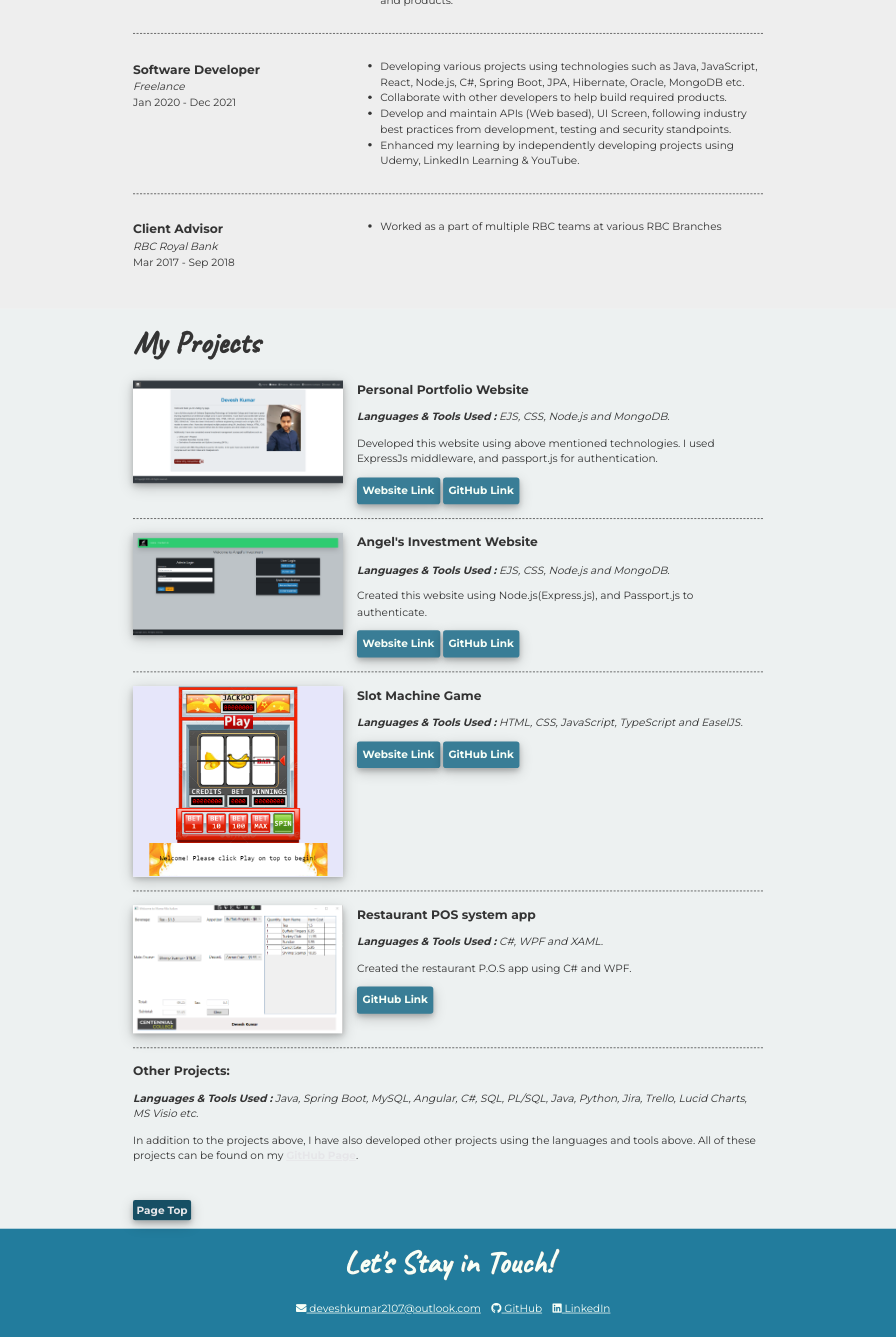
Repository: My-Web-Page/MyWebPage
Page: index.html
These files come from the project's save history. The page is drawn as it stood at one moment and after the next save; the edit follows.
The browser window is 1280 px wide. The pictures show the part of the page from y = 2375 to 4295 px (the page is 4286 px tall before and 4295 px after), at 70% of full size.
Some web libraries are served in a nearby version.

Above is the page before, as saved 2023-04-11 13:56:32.

### index.html
<!DOCTYPE html>
<html lang="en">

<head>
    <meta charset="UTF-8">
    <meta name="viewport" content="width=device-width, initial-scale=1.0">
    <link href="./assets/images/favicon.ico" rel="icon" type="image/x-icon" />

    <title> Devesh Kumar : Full-Stack Developer</title>
    <link rel="preconnect" href="https://fonts.gstatic.com">
    <link href="https://fonts.googleapis.com/css2?family=Caveat&family=Montserrat:wght@400;700&display=swap" rel="stylesheet">
    <link rel="stylesheet" href="https://pro.fontawesome.com/releases/v5.10.0/css/all.css" integrity="sha384-AYmEC3Yw5cVb3ZcuHtOA93w35dYTsvhLPVnYs9eStHfGJvOvKxVfELGroGkvsg+p" crossorigin="anonymous" />

    <link rel="stylesheet" href="style.css">
</head>

<body>
    <main>
        <!-- ***********************  ABOUT / PROFILE  *********************** -->
        <header>
            <div class="container">
                <h1>Devesh Kumar</h1>
                <h2>Software Developer</h2>
            </div>
        </header>

        <nav id="navbar">
            <ul class="nav-ul">
                <li>
                    <a href="#about-me"><i class="fas fa-info-circle"></i>About Me</a> </li>
                <li>
                    <a href="#projects"><i class="fab fa-elementor"></i>Projects</a></li>
                <li>
                    <a href="#education"><i class="fas fa-graduation-cap"></i>Education</a></li>
                <li>
                    <a href="#work-experience"><i class="fas fa-briefcase"></i>Work Experience</a></li>
                <li>
                    <a href="#contact"><i class="fas fa-mobile-alt"></i>Contact Me</a></li>
            </ul>
        </nav>

        <!-- *********************About Me***********************  -->
        <section id="about-me">
            <div class="container">
                <h2>About Me</h2>
                <p>Hello & Welcome! I am an experienced Software-Developer with over 3 years of software development experience. Graduate of Software Engineering Technician program from Centennial College. I have worked with various programming languages
                    and tools. Given below are the details: </p>
                <div class="grid-container">
                    <div class="grid-item">
                        <h3>Languages & tools</h3>
                        <p> Java, Spring Boot, Maven, Junit, OracleSQL, MyBatis, JavaScript, React, Linux, Data Structures, MVC, Git, Jira, Agile, GitKraken, BitBucket, IntelliJ, VS Code</p>
                    </div>

                    <div class="grid-item">
                        <h3>Familiar / also work with</h3>
                        <p>Camunda, C#, HTML/CSS, Bootstrap, Angular, Node.js, MongoDB, Shell Scripting, UML</p>
                    </div>
                </div>
                <p>I have also developed grasp over software engineering concepts such as Agile, SDLC models, Agile Project Management Concepts. I have also developed multiple projects using Java, Spring Boot, JavaScript, React, Node.js, HTML, CSS, C#, OracleSQL,
                    MySql, MyBatis, MongoDB and other tools. Additionally, I have also completed some investment management courses/certifications in the past and grown my knowledge in the sector.</p>

            </div>
        </section>

        <!-- *********************Pop-Ups***********************  -->
        <section class="popup-wrapper" id="popup">
            <div class="container">
                <p><button class="popup-close">Close</button></p>
                <img id="popup-img" alt="finalproject popup">
            </div>
        </section>


        <!-- ******************  EDUCATION & CERTIFICATIONS ****************** -->
        <section id="education" class="education">
            <div class="container item-details">

                <h2>Education</h2>

                <section>
                    <h3>Software Engineering Technician Diploma</h3>
                    <p>Centennial College, Toronto ON, 2020-2021</p>
                    <p>4 semesters full-time software engineering diploma program </p>
                </section>

                <section>
                    <h3>Java Full-Stack Developer Bootcamp, Stackroute NIIT</h3>
                    <p>Jan 2021 - Apr 2022</p>
                    <p>Java, Spring Boot, Angular, MySQL</p>
                </section>

                <br>
                <h2>Certifications</h2>
                <section>
                    <h3>Modern JavaScript (Complete guide, from Novice to Ninja)</h3>
                    <p>Udemy May 2021 : The Net Ninja (Shaun Pelling)</p>
                </section>
                <section>
                    <h3>JavaScript: Understanding the Weird Parts</h3>
                    <p>Udemy June 2021 : Anthony Alicea</p>
                </section>
                <section>
                    <h3>Modern React with Redux</h3>
                    <p>Udemy July 2021 : Stephen Grider</p>
                </section>
                <section>
                    <h3>React, NodeJS, Express & MongoDB - The MERN Fullstack Guide</h3>
                    <p>Udemy Aug 2021 : Academind by Maximilian Schwarzmüller</p>
                </section>
                <section>
                    <h3>Data Structures/Algorithms, Git & GitHub essentials, C# Essencials, HTML and CSS Essentials</h3>
                    <p>LinkedIn Learning, May 2021 - Sep 2021 </p>
                </section>
                <section>
                    <h3>Chartered Financial Analyst – CFA Level 1 Passed</h3>
                    <p>CFA Institute, 2018</p>
                </section>
                <br>
                <section class="csc">
                    <h3>Canadian Securities Course (CSC) &</h3>
                    <h3>Derivatives Fundamentals and Options Licensing (DFOL)</h3>
                    <p>Canadian Securities Institute, 2017-2019 </p>
                </section>
            </div>
        </section>

        <!-- ***********************  WORK EXPERIENCE  *********************** -->
        <section id="work-experience" class="work-experience">
            <div class="container item-details divider">
                <h2>Work Experience</h2>

                <!-- Job 1 -->
                <section class="job-item">
                    <div class="job-details">
                        <h3>Full-Stack Developer</h3>
                        <p>CGI. Inc</p>
                        <p>Jan 2021 - Present</p>
                    </div>
                    <div class="job-summary">
                        <ul>
                            <li>Development and testing using Spring and Spring Boot frameworks along with MyBatis as Java persistence framework and Oracle as database.</li>
                            <li>Supporting other developers in the team and participating in Agile activities like Daily Stand up, Sprint Retrospective etc.</li>
                            <li>Ensuring code reviews and unit testing are completed efficiently and effectively.</li>
                            <li>Develop and maintain APIs (Web based and batch jobs), UI Screen, following industry best practices from development, testing and security standpoints.</li>
                            <li>Understand process and procedures as necessary to support all aspects of project maintenance and development.</li>
                            <li>Collaborate with other tech teams to help build the required services and products.</li>
                        </ul>
                    </div>
                </section>

                <!-- Job 2 -->
                <section class="job-item">
                    <div class="job-details">
                        <h3>Software Developer</h3>
                        <p>Freelance</p>
                        <p>Jan 2020 - Dec 2021</p>
                    </div>
                    <div class="job-summary">
                        <ul>
                            <li>Developing various projects using technologies such as Java, JavaScript, React, Node.js, C#, Spring Boot, JPA, Hibernate, Oracle, MongoDB etc. </li>
                            <li>Collaborate with other developers to help build required products.</li>
                            <li>Develop and maintain APIs (Web based), UI Screen, following industry best practices from development, testing and security standpoints.</li>
                            <li>Enhanced my learning by independently developing projects using Udemy, LinkedIn Learning & YouTube.</li>
                        </ul>

                    </div>
                </section>

                <!-- Job 3 -->
                <section class="job-item">
                    <div class="job-details">
                        <h3>Client Advisor</h3>
                        <p>RBC Royal Bank</p>
                        <p>Mar 2017 - Sep 2018</p>
                    </div>
                    <div class="job-summary">
                        <ul>
                            <li>Worked as a part of multiple RBC teams at various RBC Branches</li>
                        </ul>

                    </div>
                </section>


            </div>
        </section>

        <!-- ********************  PROJECTS / PORTFOLIO  ********************* -->
        <section id="projects" class="projects">
            <div class="container divider">
                <h2>My Projects</h2>
                <!-- Project 1 -->
                <section class="project-item clearfix">
                    <img class="project-image" src="./assets/images/assignment_2.png" alt="Portfolio Assignment Using Node.js, Bootstrap, EJS and MongoDB">
                    <h3>Personal Portfolio Website</h3>
                    <p> <strong>Languages & Tools Used :</strong> EJS, CSS, Node.js and MongoDB.</p>
                    <p>Developed this website using above mentioned technologies. I used ExpressJs middleware, and passport.js for authentication.</p>
                    <a class="btn" href="https://comp229-asnmt2.herokuapp.com/home" target="_blank">Website Link</a>
                    <a class="btn" href="https://github.com/portretrieve/Assignment_2" target="_blank">GitHub Link</a>
                </section>

                <!-- Project 2 -->
                <section class="project-item clearfix">
                    <img class="project-image" src="./assets/images/final_project.png" alt="Final Project Using Node.js, Bootstrap, EJS and MongoDB">
                    <h3>Angel's Investment Website</h3>
                    <p> <strong>Languages & Tools Used :</strong> EJS, CSS, Node.js and MongoDB.</p>
                    <p>Created this website using Node.js(Express.js), and Passport.js to authenticate.</p>
                    <a class="btn" href="https://angelinvestfinal.herokuapp.com/" target="_blank">Website Link</a>
                    <a class="btn" href="https://github.com/Angel-Investor/AngelInvestor-Web-App" target="_blank">GitHub Link</a>
                </section>

                <!-- Project 3 -->
                <section class="project-item clearfix">
                    <img class="project-image" src="./assets/images/slot-machine.png" alt="Casino slot machine game using HTML, CSS, JavaScript, TypeScript and EaselJS">
                    <h3>Slot Machine Game</h3>
                    <p> <strong>Languages & Tools Used :</strong> HTML, CSS, JavaScript, TypeScript and EaselJS.</p>
                    <a class="btn" href="https://portretrieve.github.io/COMP125-Assignment-4-CreateJS-Slot-Machine/" target="_blank">Website Link</a>
                    <a class="btn" href="https://github.com/portretrieve/COMP125-Assignment-4-CreateJS-Slot-Machine" target="_blank">GitHub Link</a>
                </section>

                <!-- Project 4 -->
                <section class="project-item clearfix">
                    <img class="project-image" src="./assets/images/restaurant_app.png" alt="Restaurant app using C# WPF MVVM">
                    <h3>Restaurant POS system app</h3>
                    <p> <strong>Languages & Tools Used :</strong> C#, WPF and XAML.</p>
                    <p>Created the restaurant P.O.S app using C# and WPF.</p>
                    <a class="btn" href="https://github.com/portretrieve/Restaurant_app" target="_blank">GitHub Link</a>
                </section>
                <section>
                    <h3>Other Projects: </h3>
                    <p> <strong>Languages & Tools Used :</strong> Java, Spring Boot, MySQL, Angular, C#, SQL, PL/SQL, Java, Python, Jira, Trello, Lucid Charts, MS Visio etc. </p>
                    <p>In addition to the projects above, I have also developed other projects using the languages and tools above. All of these projects can be found on my <span><a href="https://github.com/portretrieve" target="_blank">GitHub Page</a>.</span></p>
                </section>
                <a class="top-btn" href="#top">Page Top</a>
            </div>
        </section>
        <!-- *****************  CONTACT INFO / SOCIAL MEDIA  ***************** -->
        <footer>
            <div id="contact" class="container">
                <h2>Let's Stay in Touch!</h2>
                <!-- Social media and contact links. Add or remove any networks. -->
                <ul class="contact-list">
                    <li><a href="mailto:deveshkumar2107@hotmail.com"><i class="fas fa-envelope"></i>&nbsp;deveshkumar2107@outlook.com</a></li>
                    <li><a href="https://github.com/portretrieve" target="_blank"><i class="fab fa-github"></i>&nbsp;GitHub</a></li>
                    <li><a href="https://www.linkedin.com/in/devesh-kumar-2aa03b64/" target="_blank"><i class="fab fa-linkedin"></i>&nbsp;LinkedIn</a></li>
                </ul>
            </div>
        </footer>
    </main>
    <script src="./script.js"></script>
</body>

</html>

### style.css
    /*
COLOR PALETTE
https://coolors.co/f7fff7-343434-2f3061-ffe66d-a1c6d7
#F7FFF7 - almost white
#343434 - dark gray - almost black
#2F3061 - blue dark
#FFE66D - yellow
#A1C6D7 - blue light
*/
    /* Global styles
------------------------------------*/

    html {
        box-sizing: border-box;
        scroll-behavior: smooth;
        --header-height: 75px;
        scroll-padding-top: var(--header-height);
    }

    *,
    *:before,
    *:after {
        box-sizing: inherit;
    }

    body {
        color: #343434;
        margin: 0;
        padding: 0;
        font-family: 'Montserrat', sans-serif;
        font-size: 15px;
        line-height: 1.5;
    }

    .clearfix::after {
        content: "";
        clear: both;
        display: table;
    }

    .project-image {
        width: 300px;
        text-shadow: gray 2px 2px 2px;
        box-shadow: 0 4px 8px 0 rgba(0, 0, 0, 0.2), 0 6px 20px 0 rgba(0, 0, 0, 0.19);
        cursor: pointer;
    }

    .project-image:hover {
        transform: scale(1.02);
    }

    a {
        color: #F7FFF7;
    }

    a:hover {
        text-decoration: none;
    }

    h1 {
        font-size: 100px;
        line-height: .9;
        margin-top: 120px;
        margin-bottom: 0;
        text-shadow: gray 1px 1px 1px;
    }

    h2 {
        font-size: 45px;
        text-shadow: gray .5px .5px .5px;
    }

    h1,
    h2 {
        font-family: 'Caveat', cursive;
        font-weight: 600px;
    }

    h2 {
        margin: 0;
        margin-bottom: 20px;
    }

    .container {
        max-width: 900px;
        width: 80%;
        margin: 0 auto;
        padding: 15px 0;
    }

    h3 {
        margin-bottom: 0;
    }

    h3+p {
        font-style: italic;
    }

    .item-details h3~p {
        margin: 0;
    }

    .divider>section {
        border-bottom: 1px dashed #343434;
        margin-bottom: 20px;
        padding-bottom: 20px;
    }

    .divider>section:last-of-type {
        border-bottom: none;
    }
    /*****Nav*****/

    nav {
        background-color: #227C9D;
        padding: 5px 0;
        position: relative;
        height: var(--header-height);
    }

    @supports (position: sticky) {
        nav {
            position: sticky;
            top: 0;
        }
    }

    .nav-ul li {
        list-style-type: none;
    }

    .nav-ul li:hover {
        transform: scale(1.02);
    }

    .nav-ul li a {
        text-decoration: none;
        font-size: 18px;
    }
    /*************Popup**********/

    .popup-wrapper {
        background: rgba(0, 0, 0, 0.5);
        position: fixed;
        top: 0;
        left: 0;
        width: 100%;
        height: 100%;
        display: flex;
        flex-direction: column;
        justify-content: center;
        text-align: center;
        display: none;
    }

    #popup-img {
        max-width: 100%;
        flex: 1 1 0;
    }

    .popup-close {
        cursor: pointer;
    }

    .popup-wrapper p {
        text-align: center;
        margin: 150px 0 0 0;
    }

    .popup-wrapper p button {
        text-align: center;
        background: crimson;
        font-size: 15px;
        border-radius: 4px;
        padding: 10px;
        color: white;
    }
    /*****About Me******/

    #about-me {
        background-color: #EEE;
    }

    .grid-container {
        color: #F7FFF7;
        box-shadow: 0 4px 8px 0 rgba(0, 0, 0, 0.2), 0 6px 20px 0 rgba(0, 0, 0, 0.19);
    }

    .grid-container .grid-item {
        background-color: #227C9D;
        padding: 0 20px;
        font-size: 16px;
    }

    .grid-container .grid-item:hover {
        transform: scale(1.01);
    }

    #my-page-repo {
        color: #343434;
    }
    /* Profile
------------------------------------*/

    header {
        color: #643C2B;
    }
    /* Projects
------------------------------------*/

    .projects {
        background: #edf1f1;
    }

    .projects a {
        color: #e6e6e9;
        font-weight: bold;
    }

    .projects .btn {
        color: #F7FFF7;
        background: #397d96;
        text-decoration: none;
        padding: 8px;
        border-radius: 4px;
        display: inline-block;
        box-shadow: 0 4px 8px 0 rgba(0, 0, 0, 0.2), 0 6px 20px 0 rgba(0, 0, 0, 0.19);
    }

    .projects .btn:hover {
        background-color: #1E6A85;
        transform: scale(1.01);
    }

    .project-item h3 {
        margin-top: 0;
    }

    .top-btn {
        background-color: #174F64;
        padding: 5px;
        text-decoration: none;
        border-radius: 3px;
        box-shadow: 0 4px 8px 0 rgba(0, 0, 0, 0.2), 0 6px 20px 0 rgba(0, 0, 0, 0.19);
    }

    .top-btn:hover {
        background-color: #1E6A85;
        transform: scale(1.01);
    }
    /* Work Experience
------------------------------------*/

    .work-experience {
        background: #EEE;
    }
    /* Education
------------------------------------*/

    .education {
        background-image: url(./assets/images/leone-venter-VieM9BdZKFo-unsplash.jpg);
        background-size: cover;
        background-position: bottom left;
        padding-bottom: 20px;
    }

    .education p {
        width: 60%;
    }

    .csc h3 {
        margin-top: 0;
        margin-bottom: 0;
    }
    /* Contact Info
------------------------------------*/

    footer {
        background: #227C9D;
        color: #F7FFF7;
    }

    .contact-list {
        list-style-type: none;
        padding: 0;
    }

    .contact-list a {
        margin-left: 15px;
    }
    /* Responsive
---------------------------------------*/

    @media (min-width:750px) {
        .project-item img {
            margin-right: 20px;
            float: left;
        }
        .job-item {
            display: grid;
            grid-template-columns: 1fr 2fr;
            column-gap: 20px;
            row-gap: 10px;
        }
        header {
            background-image: url(./assets/images/georgie-cobbs-bKjHgo_Lbpo-unsplash.jpg);
            background-repeat: no-repeat;
            background-size: cover;
            height: 500px;
            background-position: bottom;
        }
        header,
        footer {
            text-align: center;
        }
        .contact-list {
            display: flex;
            justify-content: center;
        }
        .nav-ul {
            display: flex;
            flex-wrap: wrap;
            justify-content: center;
        }
        .nav-ul li {
            margin: 0 15px;
        }
        .grid-container {
            display: grid;
            grid-template-columns: 1fr 1fr;
            grid-gap: 10px;
        }
    }

    @media (max-width:749px) {
        header {
            background-color: #FEF9EF;
            text-align: center;
            padding-bottom: 10px;
        }
        h1 {
            font-size: 75px;
            margin-top: 15px;
        }
        h1,
        h2 {
            line-height: .9;
            margin-bottom: 15px;
        }
        nav {
            height: 250px;
        }
        .contact-list li {
            padding-bottom: 10px;
        }
        .nav-ul {
            text-align: left;
        }
        .nav-ul li {
            margin-bottom: 20px;
        }
        .grid-container .grid-item {
            padding: 10px;
            margin-top: 10px;
        }
    }

### script.js
let images = document.querySelectorAll(".project-image");

let popup = document.querySelector("#popup");
let popupImage = document.querySelector("#popup-img");

images.forEach((image) => {
  image.addEventListener("click", (e) => {
    popupImage.src = e.target.src;
    popup.style.display = "block";
  });
});

popup.addEventListener("click", (event) => {
  if (event.target === popupImage) {
    return;
  }
  popup.style.display = "none";
});

After the next save:
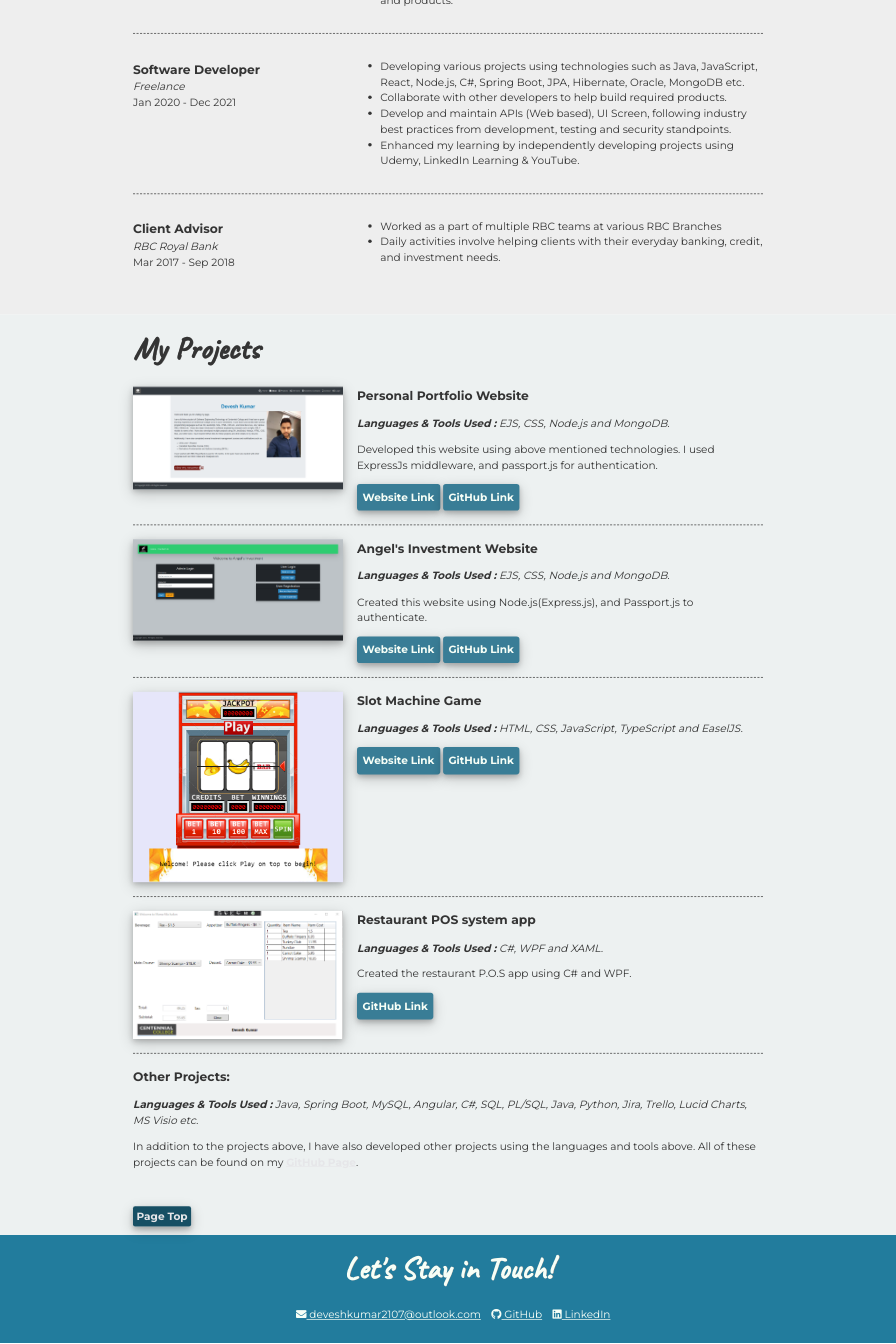
Saved 37 s later.
--- a/index.html
+++ b/index.html
@@ -176,6 +176,7 @@
                     <div class="job-summary">
                         <ul>
                             <li>Worked as a part of multiple RBC teams at various RBC Branches</li>
+                            <li>Daily activities involve helping clients with their everyday banking, credit, and investment needs.</li>
                         </ul>
 
                     </div>
